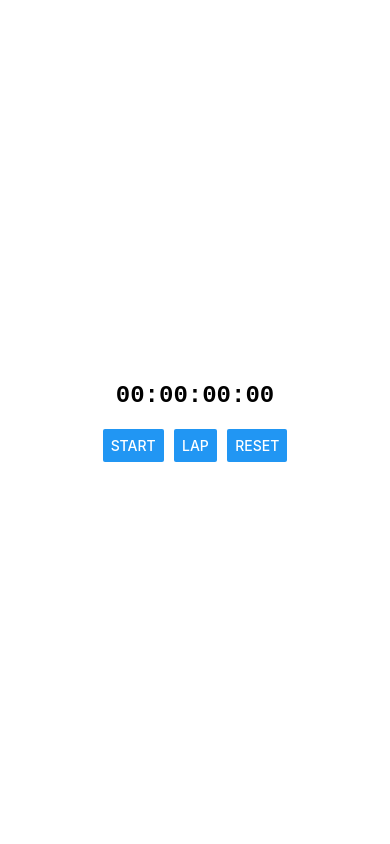
Repository: Shopify/eng-intern-assessment-react-native
Screen: /
These files come from the project's save history. The screen is drawn as it stood at one moment and after the next save; the edit follows.
The app was drawn by React Native's web renderer in a window 390 px wide. The project was rebuilt for these pictures with package versions that can differ from the ones it lists, and the page was loaded fresh each time.

Above is the screen before, as saved 2024-01-13 12:27:51.

After the next save:
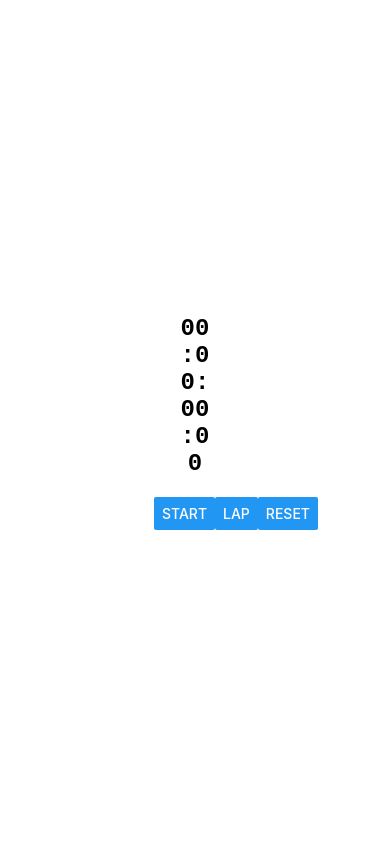
Saved 42 s later.
--- a/src/StopWatch.tsx
+++ b/src/StopWatch.tsx
@@ -49,7 +49,7 @@ const StopWatch = () => {
 
 
   return (
-    <View style={styles.outerContainer}>
+    <View style={styles.container}>
       <View style={styles.timerDisplay}>
         <Text style={styles.timerText}>{formatTime(timeElapsed)}</Text>
       </View>
@@ -66,24 +66,22 @@ const StopWatch = () => {
 };
 
 const styles = StyleSheet.create({
-  outerContainer: {
+  container: {
     flex: 1,
     justifyContent: 'center',
     alignItems: 'center',
-    width: '100%', // Full width to center the inner container
   },
-  container: {
-    // Instead of minWidth, we'll use width here to ensure the container size is fixed.
-    width: 350, // This width should be the same or greater than the widest possible time string.
-    alignItems: 'center', // This will center the text horizontally within the container.
-    justifyContent: 'center', // This will center the text vertically within the container.
+  timerDisplay: {
+    flexDirection: 'row',
+    justifyContent: 'center',
+    alignItems: 'center',
   },
   timerText: {
     fontSize: 24,
     fontWeight: 'bold',
     fontFamily: 'monospace',
-    // The text is centered within its container, and the container's width is fixed.
-    // This should keep the position stable horizontally.
+    marginHorizontal: 2, // Add slight spacing between time units
+    width: 30, // Fixed width for each time unit to prevent jitter
     textAlign: 'center',
   },
   lapText: {
